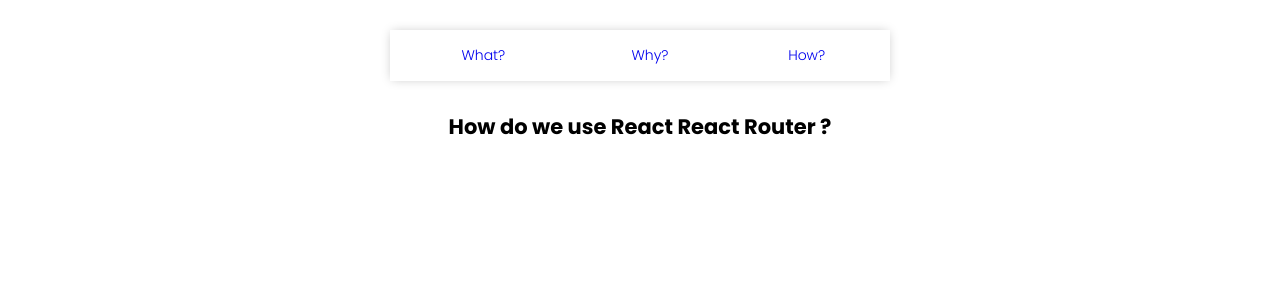
Repository: nguy3nds/2021-18-9-react
Page: /about
An editor plug-in stored every save of this project. The page is shown before and after the next save, followed by the edit.
The browser window is 1280 px wide. The pictures show the whole page.
The project was rebuilt for these pictures with package versions that can differ from the ones it lists, and the page was loaded fresh each time. Also part of the build but not shown: src/components/What.js, src/components/Why.js.

Above is the page before, as saved 2021-09-19 00:03:33.

After the next save:
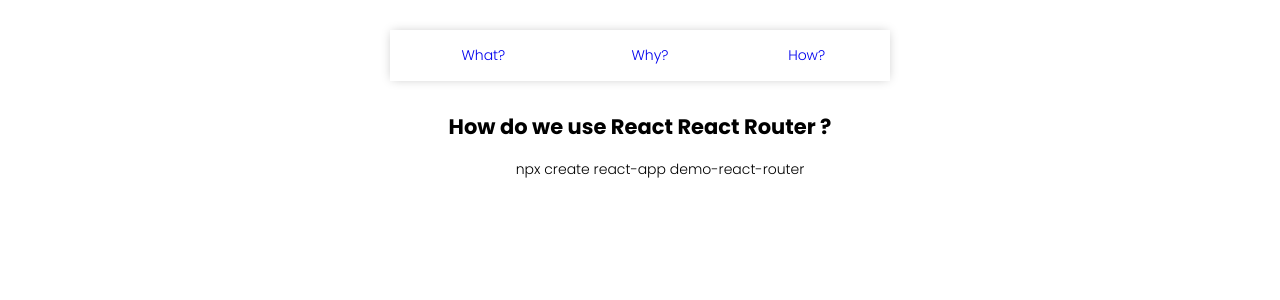
Saved 14 s later.
--- a/src/components/How.js
+++ b/src/components/How.js
@@ -3,7 +3,7 @@ export default function Why() {
     <div>
       <h2>How do we use React React Router ?</h2>
       <ul>
-        <li></li>
+        <li>npx create react-app demo-react-router</li>
         <li></li>
       </ul>
     </div>
